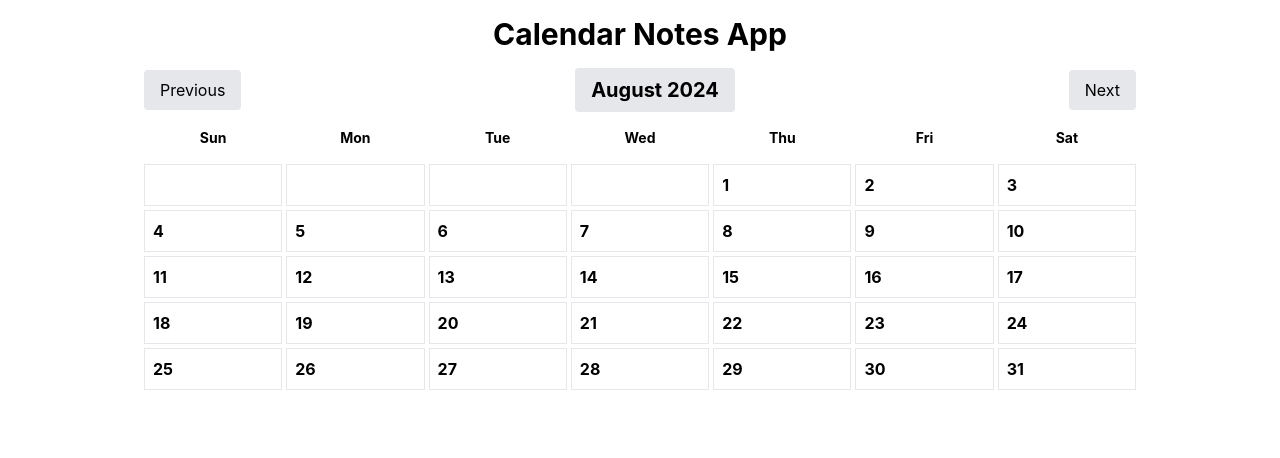
Repository: boogerjosh/Calendar-Notes-App
Page: /
The author's editor kept a copy of each file at every save. The page is drawn from the files as they stood at one save, then again after the next save.
The browser window is 1280 px wide. The pictures show the whole page.
The project was rebuilt for these pictures with package versions that can differ from the ones it lists, and the page was loaded fresh each time. Also part of the build but not shown: src/components/NoteModal.tsx.

Above is the page before, as saved 2024-08-04 07:54:48.

After the next save:
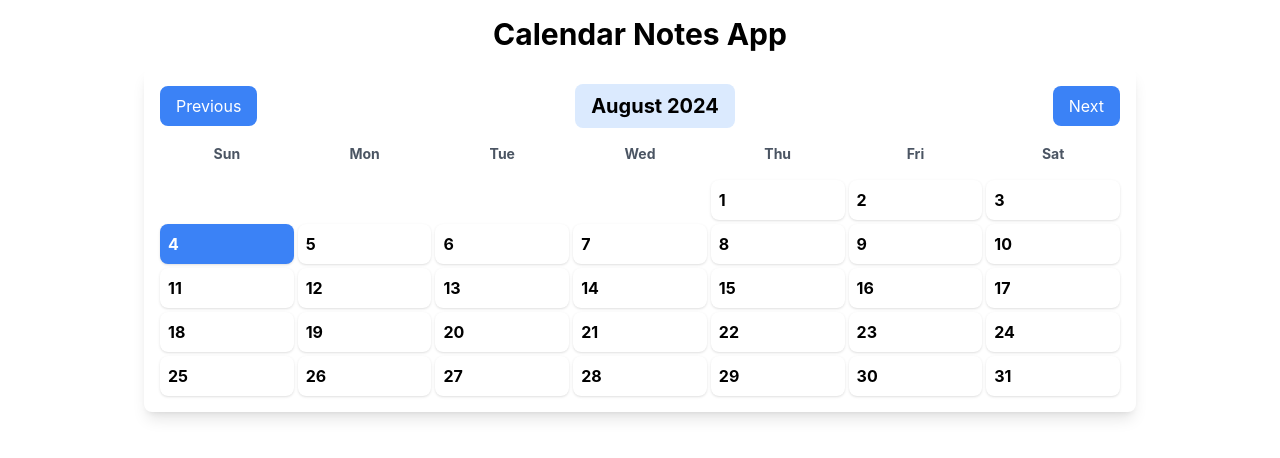
Saved 2 min 20 s later.
--- a/src/components/Calendar.tsx
+++ b/src/components/Calendar.tsx
@@ -1,8 +1,15 @@
 import React, { useState } from 'react';
+import { motion, AnimatePresence } from 'framer-motion';
+
+interface Note {
+  id: string;
+  date: Date;
+  content: string;
+}
 
 interface CalendarProps {
   onDateClick: (date: Date) => void;
-  notes: { date: Date; content: string }[];
+  notes: Note[];
 }
 
 const Calendar: React.FC<CalendarProps> = ({ onDateClick, notes }) => {
@@ -28,7 +35,7 @@ const Calendar: React.FC<CalendarProps> = ({ onDateClick, notes }) => {
 
     // Add empty cells for days before the first day of the month
     for (let i = 0; i < firstDayOfMonth; i++) {
-      days.push(<div key={`empty-${i}`} className="p-1 md:p-2 border"></div>);
+      days.push(<div key={`empty-${i}`} className="p-1 md:p-2"></div>);
     }
 
     // Add cells for each day of the month
@@ -36,26 +43,29 @@ const Calendar: React.FC<CalendarProps> = ({ onDateClick, notes }) => {
       const date = new Date(year, month, i);
       const notesForDate = notes.filter(note => note.date.toDateString() === date.toDateString());
       const noteCount = notesForDate.length;
+      const isToday = date.toDateString() === new Date().toDateString();
 
       days.push(
-        <div
+        <motion.div
           key={i}
-          className={`p-1 md:p-2 border cursor-pointer hover:bg-gray-100 ${noteCount > 0 ? 'bg-blue-100' : ''}`}
+          whileHover={{ scale: 1.05 }}
+          whileTap={{ scale: 0.95 }}
+          className={`p-1 md:p-2 rounded-lg cursor-pointer ${isToday ? 'bg-blue-500 text-white' : noteCount > 0 ? 'bg-blue-100' : 'bg-white hover:bg-gray-100'
+            } transition-colors duration-200 shadow`}
           onClick={() => onDateClick(date)}
         >
-          <span className="font-bold text-sm md:text-base">{i}</span>
+          <span className={`font-bold text-sm md:text-base ${isToday ? 'text-white' : ''}`}>{i}</span>
           {noteCount > 0 && (
             <div className="w-4 h-4 md:w-5 md:h-5 bg-blue-500 rounded-full ml-1 inline-flex items-center justify-center text-white text-xs">
               {noteCount}
             </div>
           )}
-        </div>
+        </motion.div>
       );
     }
 
     return days;
   };
-
 
   const navigateMonth = (direction: 'prev' | 'next') => {
     setCurrentDate(prevDate => {
@@ -80,50 +90,75 @@ const Calendar: React.FC<CalendarProps> = ({ onDateClick, notes }) => {
 
   const renderMonthSelector = () => {
     return (
-      <div className="absolute top-full left-0 right-0 bg-white border shadow-lg rounded-lg p-2 grid grid-cols-1 gap-2">
+      <motion.div
+        initial={{ opacity: 0, y: -10 }}
+        animate={{ opacity: 1, y: 0 }}
+        exit={{ opacity: 0, y: -10 }}
+        className="absolute top-full left-0 bg-white border shadow-lg rounded-lg p-2 grid grid-cols-3 gap-2 z-10"
+      >
         {monthNames.map((month, index) => (
-          <button
+          <motion.button
             key={month}
+            whileHover={{ scale: 1.05 }}
+            whileTap={{ scale: 0.95 }}
             onClick={() => handleMonthSelect(index)}
-            className="px-2 py-1 text-sm hover:bg-gray-100 rounded"
+            className="px-2 py-1 text-sm hover:bg-blue-100 rounded transition-colors duration-200"
           >
             {month}
-          </button>
+          </motion.button>
         ))}
-      </div>
+      </motion.div>
     );
   };
 
   return (
-    <div>
+    <div className="bg-white rounded-lg shadow-lg p-4">
       <div className="flex justify-between items-center mb-4">
-        <button onClick={() => navigateMonth('prev')} className="px-2 py-1 md:px-4 md:py-2 bg-gray-200 rounded text-sm md:text-base">
+        <motion.button
+          whileHover={{ scale: 1.05 }}
+          whileTap={{ scale: 0.95 }}
+          onClick={() => navigateMonth('prev')}
+          className="px-2 py-1 md:px-4 md:py-2 bg-blue-500 text-white rounded-lg text-sm md:text-base hover:bg-blue-600 transition-colors duration-200"
+        >
           Previous
-        </button>
+        </motion.button>
         <div className="relative">
-          <button
+          <motion.button
+            whileHover={{ scale: 1.05 }}
+            whileTap={{ scale: 0.95 }}
             onClick={handleMonthClick}
-            className="text-lg md:text-xl font-bold px-2 py-1 md:px-4 md:py-2 bg-gray-200 rounded"
+            className="text-lg md:text-xl font-bold px-2 py-1 md:px-4 md:py-2 bg-blue-100 rounded-lg hover:bg-blue-200 transition-colors duration-200"
           >
             {monthNames[currentDate.getMonth()]} {currentDate.getFullYear()}
-          </button>
-          {isMonthSelectorVisible && renderMonthSelector()}
+          </motion.button>
+          <AnimatePresence>
+            {isMonthSelectorVisible && renderMonthSelector()}
+          </AnimatePresence>
         </div>
-        <button onClick={() => navigateMonth('next')} className="px-2 py-1 md:px-4 md:py-2 bg-gray-200 rounded text-sm md:text-base">
+        <motion.button
+          whileHover={{ scale: 1.05 }}
+          whileTap={{ scale: 0.95 }}
+          onClick={() => navigateMonth('next')}
+          className="px-2 py-1 md:px-4 md:py-2 bg-blue-500 text-white rounded-lg text-sm md:text-base hover:bg-blue-600 transition-colors duration-200"
+        >
           Next
-        </button>
+        </motion.button>
       </div>
       <div className="grid grid-cols-7 gap-1 mb-2 md:mb-4">
         {['Sun', 'Mon', 'Tue', 'Wed', 'Thu', 'Fri', 'Sat'].map(day => (
-          <div key={day} className="font-bold text-center text-xs md:text-sm">{day}</div>
+          <div key={day} className="font-bold text-center text-xs md:text-sm text-gray-600">{day}</div>
         ))}
       </div>
-      <div className="grid grid-cols-7 gap-1">
+      <motion.div
+        initial={{ opacity: 0 }}
+        animate={{ opacity: 1 }}
+        exit={{ opacity: 0 }}
+        className="grid grid-cols-7 gap-1"
+      >
         {renderCalendarDays()}
-      </div>
+      </motion.div>
     </div>
   );
 };
 
-
 export default Calendar;
